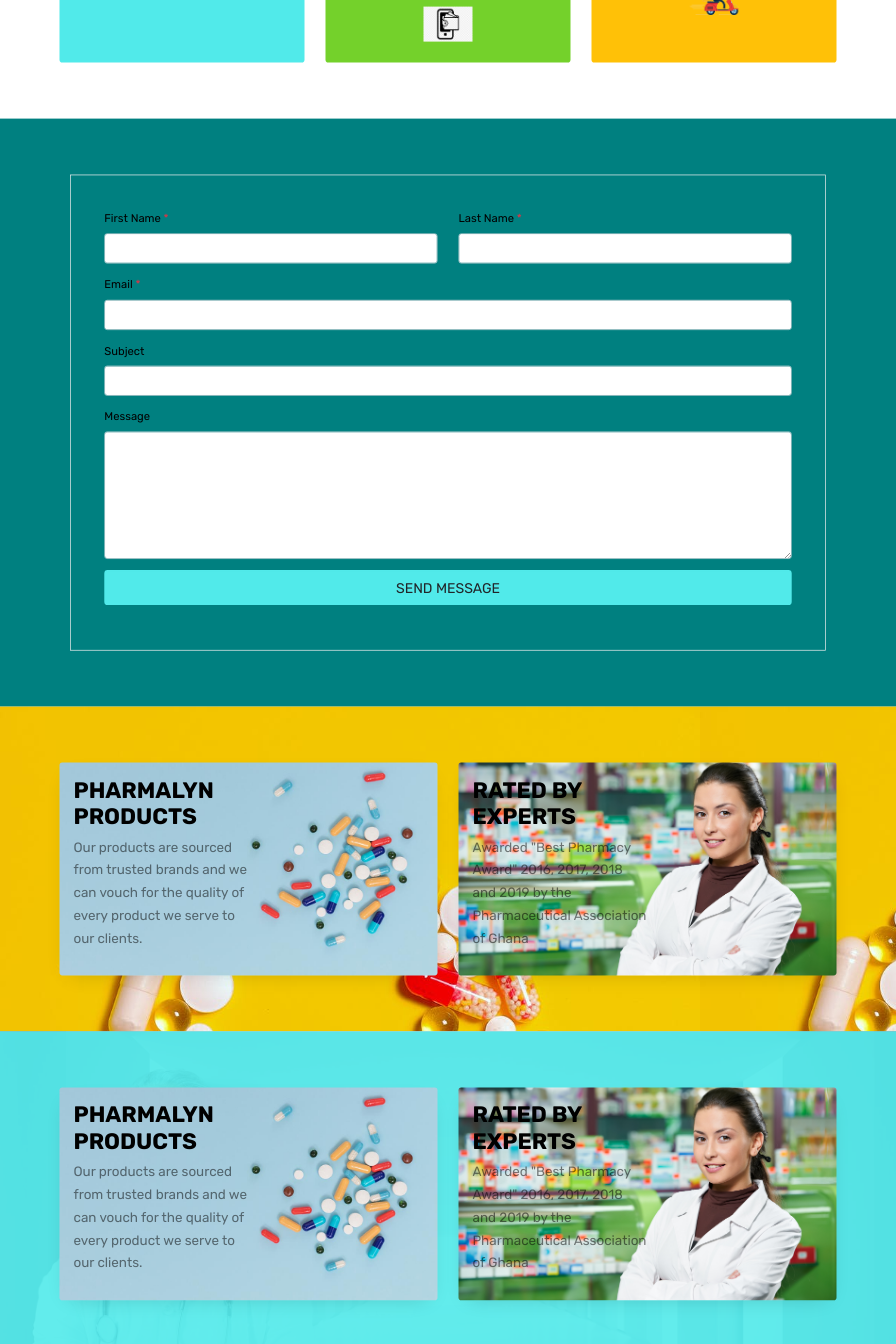
Repository: Nat-A/finalyearproject
Page: pharma/index - Copy.html
An editor plug-in stored every save of this project. The page is shown before and after a run of saves, followed by the edit.
The browser window is 1280 px wide. The pictures show the part of the page from y = 838 to 2758 px (the page is 3280 px tall before and 3362 px after), at 70% of full size.

Above is the page before, as saved 2020-06-03 13:35:29.

### pharma/index - Copy.html
<!DOCTYPE html>
<html lang="en">

<head>
    <title>PharmaLyn &mdash; HomePage</title>
    <meta charset="utf-8">
    <meta name="viewport" content="width=device-width, initial-scale=1, shrink-to-fit=no">

    <link href="https://fonts.googleapis.com/css?family=Rubik:400,700|Crimson+Text:400,400i" rel="stylesheet">
    <link rel="stylesheet" href="fonts/icomoon/style.css">

    <link rel="stylesheet" href="css/bootstrap.min.css">
    <link rel="stylesheet" href="css/magnific-popup.css">
    <link rel="stylesheet" href="css/jquery-ui.css">
    <link rel="stylesheet" href="css/owl.carousel.min.css">
    <link rel="stylesheet" href="css/owl.theme.default.min.css">


    <link rel="stylesheet" href="css/aos.css">

    <link rel="stylesheet" href="css/style.css">

</head>

<body>

    <div class="site-wrap">

        <!-- navbar  -->
        <div class="site-navbar py-2">

            <div class="search-wrap">
                <div class="container">
                    <a href="#" class="search-close js-search-close"><span class="icon-close2"></span></a>
                    <!-- search feature -->
                    <form action="#" method="post">
                        <input type="text" class="form-control" placeholder="Search drug...">
                    </form>
                </div>
            </div>

            <div class="container">
                <div class="d-flex align-items-center justify-content-between">
                    <div class="logo">
                        <div class="site-logo">
                            <a href="index.html" class="js-logo-clone">PharmaLyn</a>
                        </div>
                    </div>
                    <div class="main-nav d-none d-lg-block">
                        <nav class="site-navigation text-right text-md-center" role="navigation">
                            <ul class="site-menu js-clone-nav d-none d-lg-block">
                                <li class="active"><a href="index.html">Home</a></li>

                                <li class="has-children">
                                    <a href="#">Services</a>
                                    <ul class="dropdown">
                                        <li><a href="shop.html">Store</a></li>
                                        <li><a href="#">Scan Prescription</a></li>
                                        <li><a href="#">Request Video Chat</a></li>
                                    </ul>
                                </li>
                                <li><a href="contact.html">Contact</a></li>
                                <li><a href="about.html">About</a></li>
                                <li><a href="#">Log In / Sign Up  </a></li>
                                <!-- insert modal here -->
                            </ul>
                        </nav>
                    </div>
                    <div class="icons">
                        <a href="#" class="icons-btn d-inline-block js-search-open"><span class="icon-search"></span></a>
                        <a href="cart.html" class="icons-btn d-inline-block bag">
                            <span class="icon-shopping-bag"></span>
                            <!-- subject to the items in the cart -->
                            <span class="number">2</span>
                        </a>
                        <a href="#" class="site-menu-toggle js-menu-toggle ml-3 d-inline-block d-lg-none"><span
                class="icon-menu"></span></a>
                    </div>
                </div>
            </div>
        </div>
        <!-- end of navbar -->


        <!-- site banner -->
        <div class="site-blocks-cover" style="background-image: url('images/pills.jpg');">
            <div class="container">
                <div class="row">
                    <div class="col-lg-7 mx-auto order-lg-2 align-self-center">
                        <div class="site-block-cover-content text-center">
                            <h2 class="sub-title">PharmaLyn, We Care For You</h2>
                            <h1>Welcome To PharmaLyn</h1>
                            <p>
                                <a href="shop.html" class="btn btn-primary px-5 py-3">Shop Now</a>
                            </p>
                        </div>
                    </div>
                </div>
            </div>
        </div>
        <!-- end of banner -->

        <div class="site-section mb-0">
            <div class="container">
                <div class="row align-items-stretch section-overlap">
                    <div class="col-md-6 col-lg-4 mb-4 mb-lg-0">
                        <div class="banner-wrap bg-primary h-100">
                            <a class="h-100">
                                <h5 class="text-center">Place Order</h5>
                            </a>
                        </div>
                    </div>
                    <div class="col-md-6 col-lg-4 mb-4 mb-lg-0">
                        <div class="banner-wrap h-100">
                            <a class="h-100">
                                <h5 class="text-center">Select Payment Option</h5>
                                <img src="images/payment.png" alt="" width="70px" height="50px">
                            </a>
                        </div>
                    </div>
                    <div class="col-md-6 col-lg-4 mb-4 mb-lg-0">
                        <div class="banner-wrap bg-warning h-100">
                            <a class="h-100">
                                <h5 class="text-center">Free Delivery</h5>
                                <img src="images/delivery.gif" alt="" width="70px" height="50px">
                            </a>
                        </div>
                    </div>
                </div>
            </div>
        </div>
        <!-- creating another one -->



        <div class="site-section" style="background: teal;">
            <div class="container">
                <div class="col-md-12">

                    <form action="#" method="post">

                        <div class="p-3 p-lg-5 border">
                            <div class="form-group row">
                                <div class="col-md-6">
                                    <label for="c_fname" class="text-black">First Name <span class="text-danger">*</span></label>
                                    <input type="text" class="form-control" id="c_fname" name="c_fname">
                                </div>
                                <div class="col-md-6">
                                    <label for="c_lname" class="text-black">Last Name <span class="text-danger">*</span></label>
                                    <input type="text" class="form-control" id="c_lname" name="c_lname">
                                </div>
                            </div>
                            <div class="form-group row">
                                <div class="col-md-12">
                                    <label for="c_email" class="text-black">Email <span class="text-danger">*</span></label>
                                    <input type="email" class="form-control" id="c_email" name="c_email" placeholder="">
                                </div>
                            </div>
                            <div class="form-group row">
                                <div class="col-md-12">
                                    <label for="c_subject" class="text-black">Subject </label>
                                    <input type="text" class="form-control" id="c_subject" name="c_subject">
                                </div>
                            </div>

                            <div class="form-group row">
                                <div class="col-md-12">
                                    <label for="c_message" class="text-black">Message </label>
                                    <textarea name="c_message" id="c_message" cols="30" rows="7" class="form-control"></textarea>
                                </div>
                            </div>
                            <div class="form-group row">
                                <div class="col-lg-12">
                                    <input type="submit" class="btn btn-primary btn-lg btn-block" value="Send Message">
                                </div>
                            </div>
                        </div>
                    </form>
                </div>







            </div>
        </div>


        <!-- site ad -->
        <div class="site-section" style="background-image: url( 'images/bg.jpeg'); ">
            <div class="container ">
                <div class="row align-items-stretch ">
                    <div class="col-lg-6 mb-5 mb-lg-0 ">
                        <a class="banner-1 h-100 d-flex " style="background-image: url( 'images/bg_1.jpg'); ">
                            <div class="banner-1-inner align-self-center ">
                                <h2>PharmaLyn Products</h2>
                                <p>Our products are sourced from trusted brands and we can vouch for the quality of every product we serve to our clients.
                                </p>
                            </div>
                        </a>
                    </div>
                    <div class="col-lg-6 mb-5 mb-lg-0 ">
                        <a class="banner-1 h-100 d-flex " style="background-image: url( 'images/avatars/doctor4.jpg'); ">
                            <div class="banner-1-inner align-self-center ">
                                <h2>Rated by Experts</h2>
                                <p>Awarded "Best Pharmacy Award" 2016, 2017, 2018 and 2019 by the Pharmaceutical Association of Ghana
                                </p>
                            </div>
                        </a>
                    </div>
                </div>
            </div>
        </div>
        <!-- end of ad -->




        <!-- original site ad -->
        <div class="site-section bg-secondary bg-image " style="background-image: url( 'images/bg_2.jpg'); ">
            <div class="container ">
                <div class="row align-items-stretch ">
                    <div class="col-lg-6 mb-5 mb-lg-0 ">
                        <a class="banner-1 h-100 d-flex " style="background-image: url( 'images/bg_1.jpg'); ">
                            <div class="banner-1-inner align-self-center ">
                                <h2>PharmaLyn Products</h2>
                                <p>Our products are sourced from trusted brands and we can vouch for the quality of every product we serve to our clients.
                                </p>
                            </div>
                        </a>
                    </div>
                    <div class="col-lg-6 mb-5 mb-lg-0 ">
                        <a class="banner-1 h-100 d-flex " style="background-image: url( 'images/avatars/doctor4.jpg'); ">
                            <div class="banner-1-inner align-self-center ">
                                <h2>Rated by Experts</h2>
                                <p>Awarded "Best Pharmacy Award" 2016, 2017, 2018 and 2019 by the Pharmaceutical Association of Ghana
                                </p>
                            </div>
                        </a>
                    </div>
                </div>
            </div>
        </div>
        <!-- end of ad -->

        <!-- footer -->
        <footer class="site-footer ">
            <div class="container ">
                <div class="row ">
                    <div class="col-md-6 col-lg-3 mb-4 mb-lg-0 ">

                        <div class="block-7 ">
                            <h3 class="footer-heading mb-4 ">About Us</h3>
                            <p>Best Pharmacy In Ghana</p>
                        </div>

                    </div>
                    <div class="col-lg-3 mx-auto mb-5 mb-lg-0 ">
                        <h3 class="footer-heading mb-4 ">Quick Links</h3>
                        <ul class="list-unstyled ">
                            <li><a href="shop.html ">Store</a></li>
                            <li><a href="# ">Scan Prescription</a></li>
                            <li><a href="# ">Request Video Chat</a></li>
                        </ul>
                    </div>

                    <div class="col-md-6 col-lg-3 ">
                        <div class="block-5 mb-5 ">
                            <h3 class="footer-heading mb-4 ">Contact Info</h3>
                            <ul class="list-unstyled ">
                                <li class="address ">233 Avenue, Oxford Street, Osu, Accra. </li>
                                <li class="phone "><a href="tel:// ">+233 24 444 444</a></li>
                                <li class="email ">info@pharmalyn.shop</li>
                            </ul>
                        </div>
                    </div>
                </div>
                <div class="row pt-5 text-center ">
                    <div class="col-md-12 ">
                        <p>
                            Copyright &copy;
                            <script>
                                document.write(new Date().getFullYear());
                            </script> All rights reserved | PharmaLyn
                        </p>
                    </div>
                </div>
            </div>
        </footer>
        <!-- end of footer -->
    </div>

    <script src="js/jquery-3.3.1.min.js "></script>
    <script src="js/jquery-ui.js "></script>
    <script src="js/popper.min.js "></script>
    <script src="js/bootstrap.min.js "></script>
    <script src="js/owl.carousel.min.js "></script>
    <script src="js/jquery.magnific-popup.min.js "></script>
    <script src="js/aos.js "></script>

    <script src="js/main.js "></script>

</body>

</html>

Loaded but not shown: pharma/fonts/icomoon/style.css (common file); pharma/css/bootstrap.min.css (library); pharma/css/magnific-popup.css (library); pharma/css/jquery-ui.css (library); pharma/css/owl.carousel.min.css (common file); pharma/css/owl.theme.default.min.css (common file); pharma/css/aos.css (library); pharma/js/jquery-3.3.1.min.js (library); pharma/js/jquery-ui.js (library); pharma/js/popper.min.js (library); pharma/js/bootstrap.min.js (library); pharma/js/owl.carousel.min.js (library); pharma/js/jquery.magnific-popup.min.js (library); pharma/js/aos.js (library); pharma/js/main.js (219 lines, source omitted); pharma/css/style.css (1125 lines, source omitted)

After the next 2 saves:
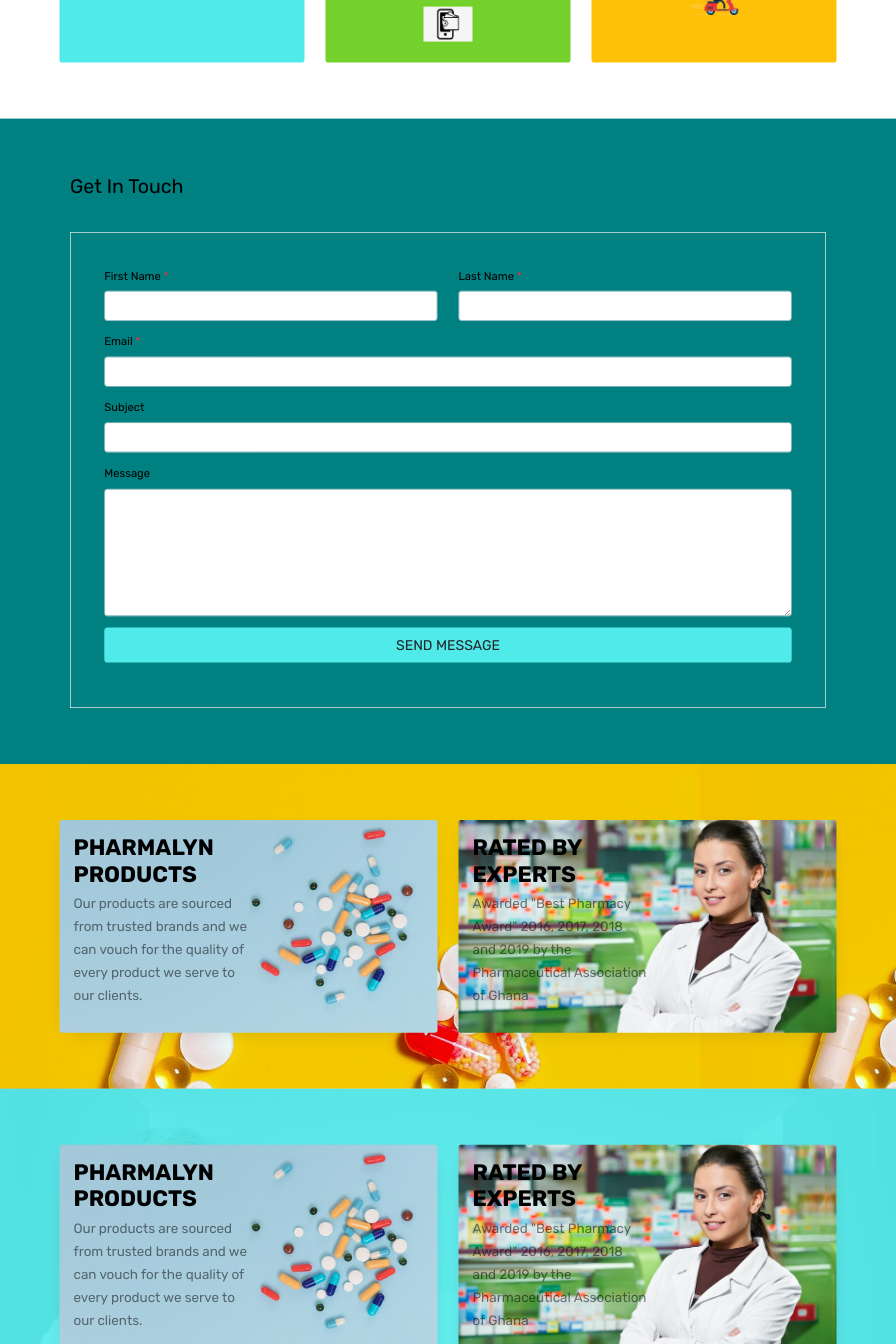
The 2 saves are shown as one change because they came seconds apart.
The last was saved 48 s later.
--- a/pharma/index - Copy.html
+++ b/pharma/index - Copy.html
@@ -135,6 +135,10 @@
 
         <div class="site-section" style="background: teal;">
             <div class="container">
+
+                <div class="col-md-12">
+                    <h2 class="h3 mb-5 text-black">Get In Touch</h2>
+                </div>
                 <div class="col-md-12">
 
                     <form action="#" method="post">
